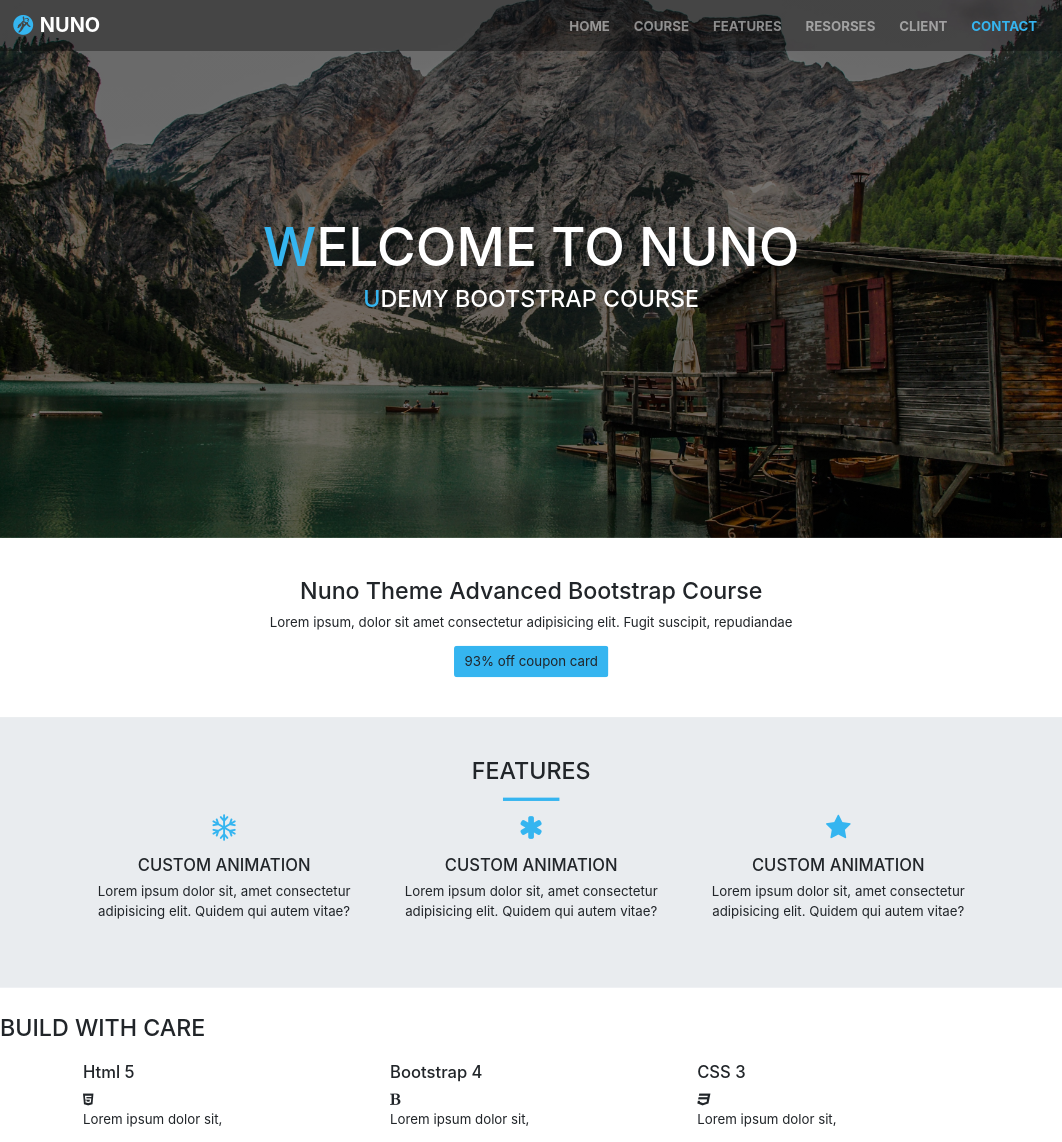
Repository: Mietlicha/bootstrap_template_exercise
Page: index.html
An editor plug-in stored every save of this project. The page is shown before and after the next save, followed by the edit.
The browser window is 1280 px wide. The pictures show the whole page, at 83% of full size.

Above is the page before, as saved 2019-11-19 21:35:13.

### index.html
<!DOCTYPE html>
<html lang="en">

<head>
    <meta charset="UTF-8">
    <meta name="viewport" content="width=device-width, initial-scale=1.0">
    <meta http-equiv="X-UA-Compatible" content="ie=edge">
    <title>Bootstrap template</title>
    <link rel="stylesheet" href="https://stackpath.bootstrapcdn.com/bootstrap/4.3.1/css/bootstrap.min.css"
        integrity="sha384-ggOyR0iXCbMQv3Xipma34MD+dH/1fQ784/j6cY/iJTQUOhcWr7x9JvoRxT2MZw1T" crossorigin="anonymous">
    <link rel="stylesheet" href="style.css">
    <link rel="stylesheet" href="https://cdnjs.cloudflare.com/ajax/libs/font-awesome/4.7.0/css/font-awesome.min.css">
</head>

<body data-spy="scroll" data-target="#main-nav">
    <!--------------------nav/home-------------------------------------------------------------------->
    <nav id="main-nav" class="navbar navbar-expand-md navbar-dark bg-dark font-weight-bold fixed-top">
        <a class="navbar-brand" href="#"><i class="fa fa-grav mr-2" aria-hidden="true"></i>Nuno</a>
        <button class="navbar-toggler" type="button" data-toggle="collapse" data-target="#navbarSupportedContent"
            aria-controls="navbarSupportedContent" aria-expanded="false" aria-label="Toggle navigation">
            <span class="navbar-toggler-icon"></span>
        </button>

        <div class="collapse navbar-collapse" id="navbarSupportedContent">
            <ul class="navbar-nav ml-auto">
                <li class="nav-item">
                    <a class="nav-link" href="#home">Home</a>
                </li>
                <li class="nav-item">
                    <a class="nav-link" href="#course">Course</a>
                </li>
                <li class="nav-item">
                    <a class="nav-link" href="#feature">Features</a>
                </li>
                <li class="nav-item">
                    <a class="nav-link" href="#resources">Resorses</a>
                </li>
                <li class="nav-item">
                    <a class="nav-link" href="#client">Client</a>
                </li>
                <li class="nav-item">
                    <a class="nav-link" href="#contact">Contact</a>
                </li>
        </div>
    </nav>
<!--------------------main----------------------------------------------------------------->
<main>
    <!--------------------home-------------------->
    <section id="home">
        <div class="home--landing-page">
        </div>
        <div class="home--caption">
            <h1>Welcome to Nuno</h1>
            <h3>Udemy bootstrap course</h3>
        </div>
    </section>

    <!--------------------corse-------------------->
    <section id="course" class="container text-center mt-5 mb-5">
        <header><h3>Nuno Theme Advanced Bootstrap Course</h3></header>
        <p>Lorem ipsum, dolor sit amet consectetur adipisicing elit. Fugit suscipit, repudiandae
        </p>
        <a href="#" class="btn btn-md" target="_blnk">93% off coupon card</a>
    </section>
    <!--------------------feature-------------------->
    <section id="feature">
            <div class="jumbotron jumbotron-fluid text-center pt-5">
                    <header><h3>features</h3></header>
                    <hr>
                    <div class="container d-sm-flex">
                        <div class="feature-item col-md-4">
                            <i class="fa fa-snowflake-o" aria-hidden="true"></i>
                            <h5 class="pt-3">custom animation</h5>
                            <p>Lorem ipsum dolor sit, amet consectetur adipisicing elit. Quidem qui autem vitae?</p>
                        </div>
                        <div class="feature-item col-sm-4">
                                <i class="fa fa-asterisk" aria-hidden="true"></i>
                                <h5 class="pt-3">custom animation</h5>
                                <p>Lorem ipsum dolor sit, amet consectetur adipisicing elit. Quidem qui autem vitae?</p>
                        </div>
                        <div class="feature-item col-sm-4">
                                <i class="fa fa-star" aria-hidden="true"></i>
                                <h5 class="pt-3">custom animation</h5>
                                <p>Lorem ipsum dolor sit, amet consectetur adipisicing elit. Quidem qui autem vitae?</p>
                        </div>
                    </div>
                  </div>
    </section>
    <!--------------------Resourses-------------------->
    <section id="resources">
                <header><h3>Build with care</h3></header>
                <div class="container d-sm-flex">
                    <div class="resources-item col-md-4">
                        <h5 class="pt-3">Html 5</h5>
                        <i class="fa fa-html5" aria-hidden="true"></i>
                        <p>Lorem ipsum dolor sit,</p>
                    </div>
                    <div class="resources-item col-md-4">
                            <h5 class="pt-3">Bootstrap 4</h5>
                            <i class="fa fa-bold" aria-hidden="true"></i>
                            <p>Lorem ipsum dolor sit,</p>
                     </div>
                     <div class="resources-item col-md-4">
                            <h5 class="pt-3">CSS 3</h5>
                            <i class="fa fa-css3" aria-hidden="true"></i>
                            <p>Lorem ipsum dolor sit,</p>
                    </div>
                </div>
    </section>
    <!--------------------Client-------------------->
    <section id="client">

    </section>
    <!--------------------Contact-------------------->
    <section id="contact">

    </section>
</main>

    <script src="https://code.jquery.com/jquery-3.3.1.slim.min.js"
        integrity="sha384-q8i/X+965DzO0rT7abK41JStQIAqVgRVzpbzo5smXKp4YfRvH+8abtTE1Pi6jizo"
        crossorigin="anonymous"></script>
    <script src="https://cdnjs.cloudflare.com/ajax/libs/popper.js/1.14.7/umd/popper.min.js"
        integrity="sha384-UO2eT0CpHqdSJQ6hJty5KVphtPhzWj9WO1clHTMGa3JDZwrnQq4sF86dIHNDz0W1"
        crossorigin="anonymous"></script>
    <script src="https://stackpath.bootstrapcdn.com/bootstrap/4.3.1/js/bootstrap.min.js"
        integrity="sha384-JjSmVgyd0p3pXB1rRibZUAYoIIy6OrQ6VrjIEaFf/nJGzIxFDsf4x0xIM+B07jRM"
        crossorigin="anonymous"></script>
</body>

</html>

### style.css
:root{
--main-colour: rgb(53, 181, 240);
font-size: 14px;
}

body{
    position: relative;
}

/************************NAV******************************************/
.bg-dark {
    background-color: #0a0a0a60!important;
}

.navbar-dark .navbar-nav .nav-link:hover{
    color: rgb(255, 255, 255);
}

.nav-link{
    padding: 0 7rem;
}

#main-nav {
text-transform: uppercase;
}

#main-nav .navbar-brand{
    font-size: 1.5rem;
}

#main-nav .navbar-brand i{
    color: var(--main-colour);
}

.navbar-dark .navbar-nav .nav-link.active{
    color: var(--main-colour);
    font-weight: bold;
}

.navbar-dark .navbar-nav .nav-link{
    padding-top: .9rem;
}

/************************Home******************************************/
#home{
    position: relative;
}

.home--landing-page{
    background: linear-gradient(rgba(0, 0, 0, 0.534), rgba(0, 0, 0, 0.534)), url(img/tlo.jpg) center/cover no-repeat;
    width: 100vw;
    height: 90vh;
}

.home--caption{
    width: 100%;
    position: absolute;
    top: 40%;
    z-index: 3;
    text-align: center;
    color: #fff;
    text-transform: uppercase;
}

.home--caption h1{
    font-size: 4rem;
}

.home--caption h1::first-letter, .home--caption h3::first-letter{
    color: var(--main-colour);
}

/************************Course******************************************/
#course .btn{
    background-color: var(--main-colour);
}

/************************Feature******************************************/
#feature hr{
    width: 5%;
    border: 2px solid var(--main-colour);
}

#feature i{
    color: var(--main-colour);
    font-size: 2rem;
}

#feature .feature-item h5, #feature header{
    text-transform: uppercase;
}

/************************Resources******************************************/
#resources header{
    text-transform: uppercase;
}

@media (min-width: 500px){
    :root{
        font-size: 16px;
    }
    }

    @media (min-width: 768px){
    .navbar-expand-md .navbar-nav .nav-link {
        padding-right: .9rem;
        padding-left: .9rem;
        padding-top: 0;
    }
    }

After the next save:
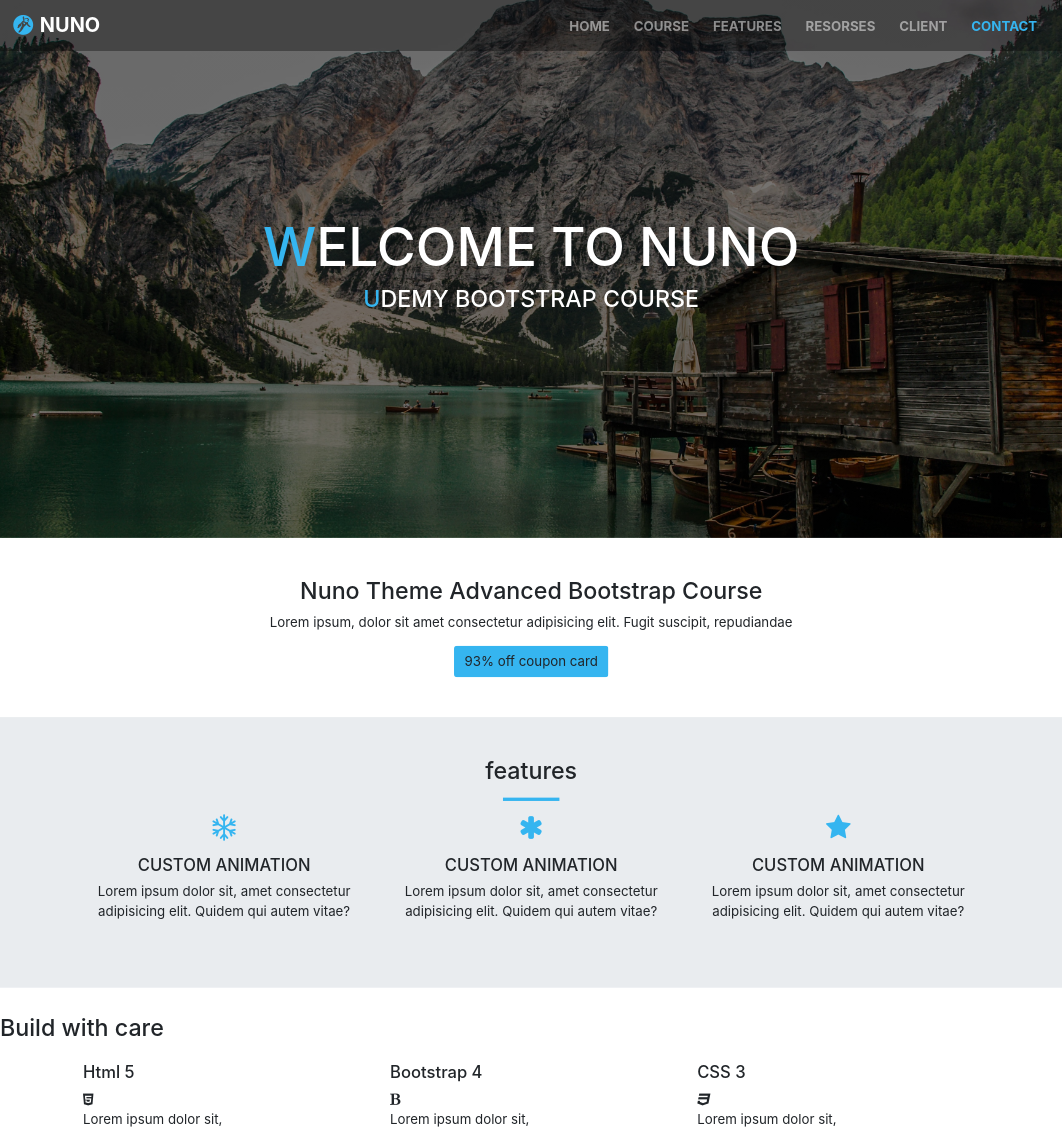
Saved 29 s later.
--- a/style.css
+++ b/style.css
@@ -86,14 +86,12 @@
     font-size: 2rem;
 }
 
-#feature .feature-item h5, #feature header{
+#feature .feature-item h5{
     text-transform: uppercase;
 }
 
 /************************Resources******************************************/
-#resources header{
-    text-transform: uppercase;
-}
+
 
 @media (min-width: 500px){
     :root{
